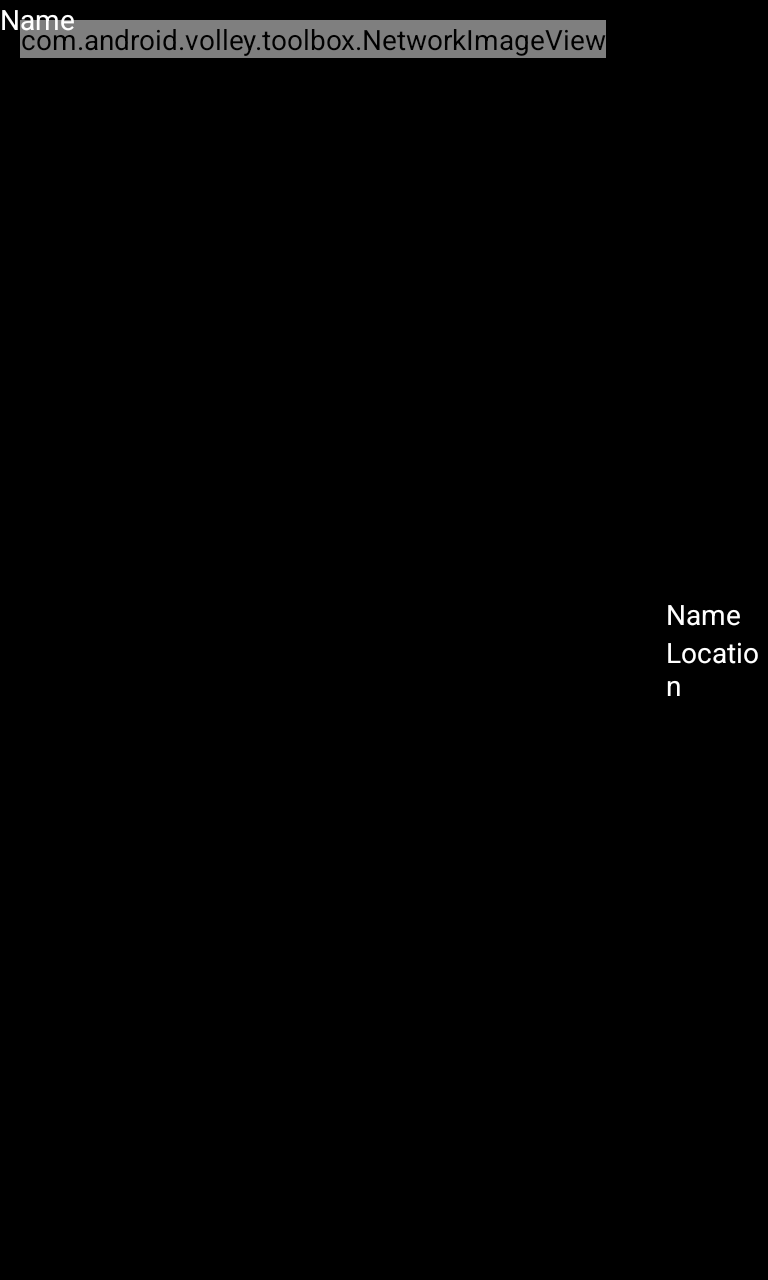
Repository: cnevinc/togather
Layout: GeorgeMe/res/layout/list_item_shop.xml
An editor plug-in stored every save of this project. The layout is shown before and after the next save, followed by the edit.
Pictures or frames that could not be fetched are drawn as grey boxes. It is drawn on a 768 x 1280 px phone screen (xhdpi) without system bars, with theme android:Theme.Holo; the app's code is not run.

Above is the layout before, as saved 2014-07-26 10:11:20.

After the next save:
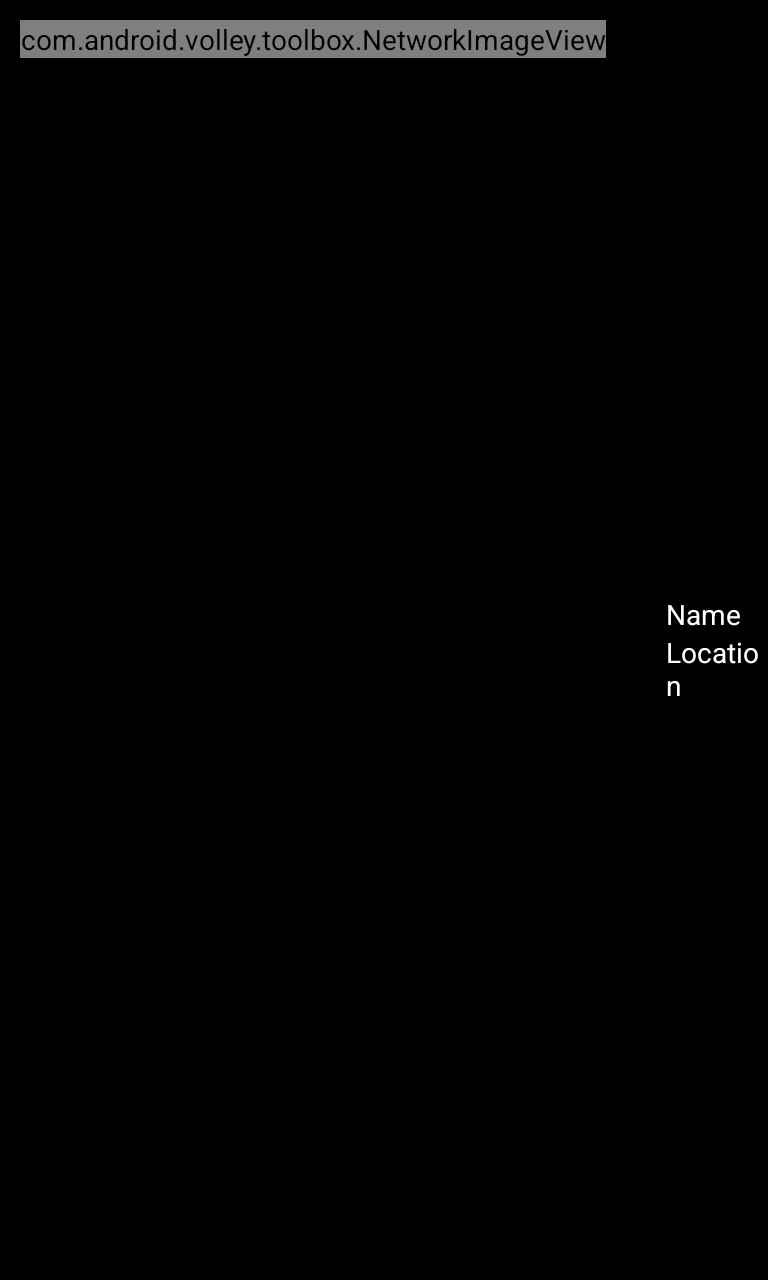
Saved 27 s later.
--- a/GeorgeMe/res/layout/list_item_shop.xml
+++ b/GeorgeMe/res/layout/list_item_shop.xml
@@ -2,6 +2,21 @@
 <FrameLayout xmlns:android="http://schemas.android.com/apk/res/android"
     android:layout_width="fill_parent"
     android:layout_height="fill_parent" >
+
+    <RelativeLayout
+        android:id="@+id/back"
+        android:layout_width="match_parent"
+        android:layout_height="match_parent"
+        android:tag="front" >
+
+        <TextView
+            android:id="@+id/user_invited"
+            android:layout_width="wrap_content"
+            android:layout_height="wrap_content"
+            android:layout_centerInParent="true"
+            android:text="Name"
+            android:textColor="#ffffff" />
+    </RelativeLayout>
 
     <RelativeLayout
         android:id="@+id/front"
@@ -51,22 +66,6 @@
                 android:text="Location"
                 android:textColor="#ffffff" />
         </RelativeLayout>
-
-        <RelativeLayout
-            android:id="@+id/back"
-            android:layout_width="wrap_content"
-            android:layout_height="wrap_content"
-            android:orientation="vertical"
-            android:tag="front" >
-            <TextView
-                android:id="@+id/user_invited"
-                android:layout_width="wrap_content"
-                android:layout_height="wrap_content"
-				android:layout_centerInParent="true"
-                android:text="Name"
-                android:textColor="#ffffff" />
-
-        </RelativeLayout>
     </RelativeLayout>
 
 </FrameLayout>
